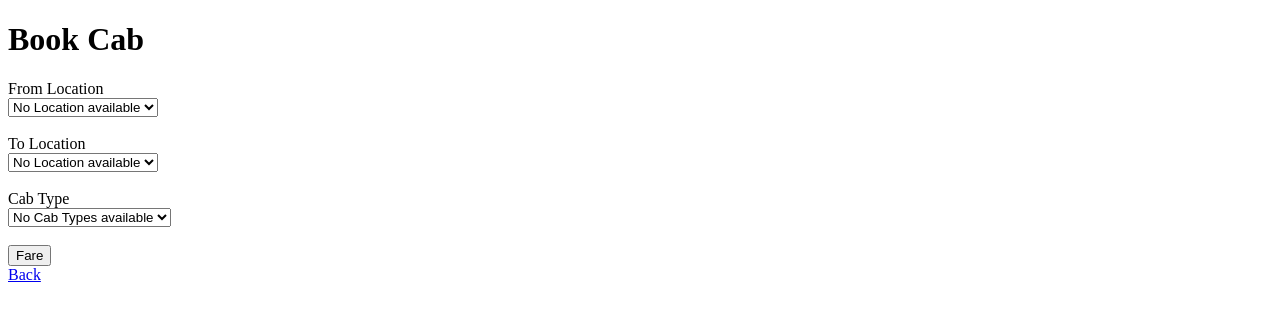
Repository: SumanaDasFullStack/CourseEndProject
Page: http://localhost/fare
An editor plug-in stored every save of this project. The page is shown before and after the next save, followed by the edit.
The browser window is 1280 px wide. The pictures show the whole page.
The page is this project's Thymeleaf template; nobody is signed in. The template is opened directly, without the code that normally fills it, so the values that code supplies are empty.

Above is the page before, as saved 2024-10-30 17:29:19.

### cab-booking-microservice/src/main/resources/templates/fare.html
<!DOCTYPE html>
<html xmlns:th="http://www.thymeleaf.org">
<head>
<meta charset="UTF-8">
<title>Insert title here</title>

</head>
<body>
<div th:if="${errorMessage}">
        <p style="color:red;" th:text="${errorMessage}"></p>
    </div>
<span style="color:green;" th:text="${result}"></span>
<h1>Book Cab</h1>
<form th:action="@{farecalculate}" method="post" th:object="${farecalculate}">

<label for="fromSelect">From Location  </label><br/>
        <select id="fromSelect" name="source">
            <option value="" th:unless="${categories}">No Location available</option>
            <option th:each="location : ${categories}"
                    th:value="${location.id}"
                    th:text="${location.loc_name}"></option>
        </select>
<!-- <input type="text" th:field="*{source}"/><br/> -->
<br/><br/>
<label for="toSelect">To Location  </label><br/>
        <select id="toSelect" name="destination">
            <option value="" th:unless="${categories}">No Location available</option>
            <option th:each="location : ${categories}"
                    th:value="${location.id}"
                    th:text="${location.loc_name}"></option>
        </select>

<br/><br/>
<label for="cabtypeSelect">Cab Type  </label><br/>
        <select id="cabtypeSelect" name="cabtype_id">
            <option value="" th:unless="${cabtypes}">No Cab Types available</option>
            <option th:each="cabtype : ${cabtypes}"
                    th:value="${cabtype.cabtype_id}"
                    th:text="${cabtype.cabtype_name}"></option>
        </select>

<br/><br/>
<input type="submit" th:value="Fare"/>

<br/>
</form>



<a href="/">Back</a>
</body>
</html>

After the next save:
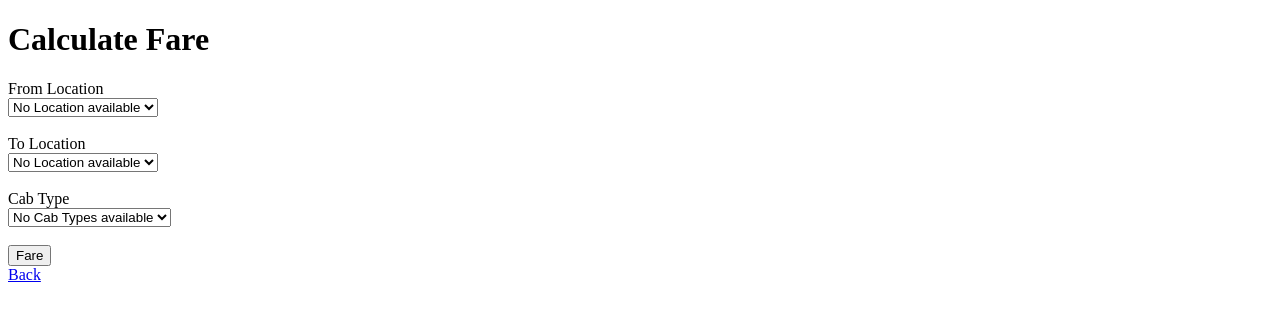
Saved 56 s later.
--- a/cab-booking-microservice/src/main/resources/templates/fare.html
+++ b/cab-booking-microservice/src/main/resources/templates/fare.html
@@ -10,7 +10,7 @@
         <p style="color:red;" th:text="${errorMessage}"></p>
     </div>
 <span style="color:green;" th:text="${result}"></span>
-<h1>Book Cab</h1>
+<h1>Calculate Fare</h1>
 <form th:action="@{farecalculate}" method="post" th:object="${farecalculate}">
 
 <label for="fromSelect">From Location  </label><br/>
